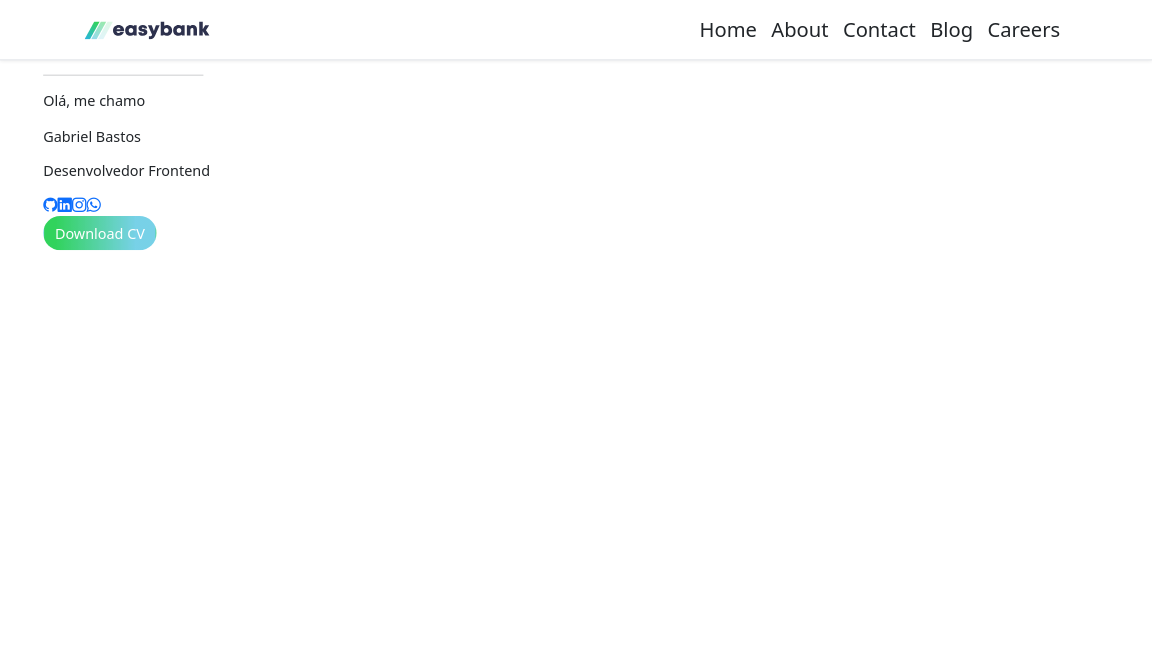
Repository: devbastos/easy-Bank
Page: / (app in frontend/)
These files come from the project's save history. The page is drawn as it stood at one moment and after the next save; the edit follows.
The browser window is 1280 px wide. The pictures show the whole page, at 90% of full size.
Some web libraries are served in a nearby version. The project was rebuilt for these pictures with package versions that can differ from the ones it lists, and the page was loaded fresh each time.

Above is the page before, as saved 2022-02-04 11:59:16.

### frontend/src/index.html
<!doctype html>
<html lang="en">
<head>
  <meta charset="utf-8">
  <title>Frontend</title>
  <base href="/">
  <meta name="viewport" content="width=device-width, initial-scale=1">
  <link rel="icon" type="image/x-icon" href="favicon.ico">
  <link rel="stylesheet" href="../node_modules/bootstrap/dist/css/bootstrap.css">
  <link rel="stylesheet" href="../node_modules/bootstrap-icons/font/bootstrap-icons.css">
  <!-- CSS only -->
<link href="https://cdn.jsdelivr.net/npm/bootstrap@5.1.3/dist/css/bootstrap.min.css" rel="stylesheet" integrity="sha384-1BmE4kWBq78iYhFldvKuhfTAU6auU8tT94WrHftjDbrCEXSU1oBoqyl2QvZ6jIW3" crossorigin="anonymous">
</head>
<body>
  <app-root></app-root>

  <script src="/node_modules/bootstrap/dist/js/bootstrap.bundle.js" crossorigin="anonymous"></script>
  <!-- JavaScript Bundle with Popper -->
<script src="https://cdn.jsdelivr.net/npm/bootstrap@5.1.3/dist/js/bootstrap.bundle.min.js" integrity="sha384-ka7Sk0Gln4gmtz2MlQnikT1wXgYsOg+OMhuP+IlRH9sENBO0LRn5q+8nbTov4+1p" crossorigin="anonymous"></script>
  <!-- JavaScript Bundle with Popper -->
<script src="https://cdn.jsdelivr.net/npm/bootstrap@5.1.3/dist/js/bootstrap.bundle.min.js" integrity="sha384-ka7Sk0Gln4gmtz2MlQnikT1wXgYsOg+OMhuP+IlRH9sENBO0LRn5q+8nbTov4+1p" crossorigin="anonymous"></script>
</body>
</html>

### frontend/src/app/app.module.ts
import { NgModule } from '@angular/core';
import { BrowserModule } from '@angular/platform-browser';

import { AppRoutingModule } from './app-routing.module';
import { AppComponent } from './app.component';
import { NavbarComponent } from './template/navbar/navbar.component';
import { BrowserAnimationsModule } from '@angular/platform-browser/animations';
import { HeaderComponent } from './template/header/header.component';

@NgModule({
  declarations: [
    AppComponent,
    NavbarComponent,
    HeaderComponent,

  ],
  imports: [
    BrowserModule,
    AppRoutingModule,
    BrowserAnimationsModule
  ],
  providers: [],
  bootstrap: [AppComponent]
})
export class AppModule { }

### frontend/src/app/app.component.ts
import { Component } from '@angular/core';

@Component({
  selector: 'app-root',
  templateUrl:'app.Component.html',
})
export class AppComponent {
  title = 'frontend';
}

### frontend/src/app/app.Component.html
<app-navbar></app-navbar>
<app-header></app-header>

### frontend/src/app/template/navbar/navbar.component.html


    <nav class="navbar navbar-expand-lg navbar-dark  border-bottom shadow-sm">
      <div class="container">
          <a class="navbar-brand" href=""><svg xmlns="http://www.w3.org/2000/svg" width="139" height="20"><defs><linearGradient id="a" x1="72.195%" x2="17.503%" y1="0%" y2="100%"><stop offset="0%" stop-color="#33D35E"/><stop offset="100%" stop-color="#2AB6D9"/></linearGradient></defs><g fill="none" fill-rule="evenodd"><path fill="#2D314D" fill-rule="nonzero" d="M37.754 15.847c2.852 0 5.152-1.622 5.952-4.216h-3.897c-.376.665-1.14 1.066-2.055 1.066-1.237 0-2.065-.674-2.32-1.978h8.44c.051-.352.081-.694.081-1.037 0-3.335-2.537-5.95-6.201-5.95-3.568 0-6.175 2.564-6.175 6.049 0 3.473 2.628 6.066 6.175 6.066zm2.344-7.297h-4.596c.317-1.129 1.11-1.749 2.252-1.749 1.181 0 2 .613 2.344 1.75zm10.946 7.296c1.32 0 2.5-.434 3.43-1.188l.336.804h3.027V4.093h-2.919l-.4.88c-.94-.775-2.135-1.222-3.474-1.222-3.476 0-5.961 2.505-5.961 6.026 0 3.533 2.485 6.07 5.961 6.07zm.524-3.467c-1.467 0-2.545-1.108-2.545-2.593 0-1.475 1.069-2.583 2.545-2.583 1.466 0 2.544 1.108 2.544 2.583 0 1.485-1.078 2.593-2.544 2.593zm13.123 3.467c3.02 0 5.025-1.554 5.025-3.93 0-2.883-2.387-3.256-4.183-3.575-1.08-.193-1.95-.344-1.95-.99 0-.527.422-.838 1.05-.838.71 0 1.197.337 1.197 1.063h3.667c-.044-2.303-1.92-3.843-4.816-3.843-2.912 0-4.854 1.47-4.854 3.75 0 2.757 2.337 3.289 4.1 3.574 1.092.181 1.952.368 1.952 1.024 0 .587-.543.88-1.116.88-.742 0-1.32-.383-1.32-1.214h-3.77c.036 2.463 1.919 4.1 5.018 4.1zm8.1 3.858c2.936 0 4.344-1.257 5.877-4.736l4.764-10.863h-4.206l-2.249 6.263-2.412-6.263H70.31l4.698 10.43c-.53 1.414-.983 1.804-2.48 1.804H71.45v3.365h1.341zm18.504-3.858c3.5 0 5.973-2.515 5.973-6.048S94.796 3.75 91.295 3.75a5.332 5.332 0 00-2.825.784V0H84.6v15.474h2.897l.37-.844c.923.771 2.102 1.216 3.428 1.216zm-.523-3.467c-1.467 0-2.545-1.108-2.545-2.58 0-1.486 1.078-2.594 2.545-2.594 1.466 0 2.544 1.108 2.544 2.593 0 1.473-1.087 2.58-2.544 2.58zm13.598 3.467c1.32 0 2.5-.434 3.43-1.188l.336.804h3.027V4.093h-2.918l-.401.88c-.939-.775-2.135-1.222-3.474-1.222-3.476 0-5.96 2.505-5.96 6.026 0 3.533 2.484 6.07 5.96 6.07zm.524-3.467c-1.467 0-2.545-1.108-2.545-2.593 0-1.475 1.07-2.583 2.545-2.583 1.467 0 2.545 1.108 2.545 2.583 0 1.485-1.078 2.593-2.545 2.593zm12.653 3.095V9.403c0-1.447.702-2.3 1.923-2.3.986 0 1.483.657 1.483 1.98v6.39h3.915V8.543c0-2.897-1.733-4.773-4.373-4.773-1.47 0-2.733.565-3.58 1.508l-.537-1.172h-2.747v11.369h3.916zm13.748 0v-4.808l2.848 4.808h4.616l-3.902-5.95 3.543-5.419h-4.397l-2.708 4.454V0h-3.916v15.474h3.916z"/><g fill="url(#a)"><path d="M10.802 0L0 19.704h5.986L16.789 0z"/><path opacity=".5" d="M18.171 0L7.368 19.704h5.986L24.157 0z"/><path opacity=".15" d="M25.539 0L14.737 19.704h5.986L31.525 0z"/></g></g></svg></a>
          <button class="navbar-toggler" type="button" data-bs-toggle="collapse" data-bs-target=".navbar-collapse">
            <svg xmlns="http://www.w3.org/2000/svg" width="30" height="30" fill="currentColor" class="bi bi-list" viewBox="0 0 16 16">
              <path fill-rule="evenodd" d="M2.5 12a.5.5 0 0 1 .5-.5h10a.5.5 0 0 1 0 1H3a.5.5 0 0 1-.5-.5zm0-4a.5.5 0 0 1 .5-.5h10a.5.5 0 0 1 0 1H3a.5.5 0 0 1-.5-.5zm0-4a.5.5 0 0 1 .5-.5h10a.5.5 0 0 1 0 1H3a.5.5 0 0 1-.5-.5z"/>
            </svg>
          </button>
          <div class="navbar-collapse collapse">
              <ul class="navbar-nav flex-grow-1 ">

              </ul>

              <div class="align-self-center">
                  <ul class="navbar-nav">
                    <li class="nav-item">
                      <a class="nav-link text-dark text-dark" aria-current="page" href="#">Home</a>
                    </li>
                    <li class="nav-item">
                      <a class="nav-link text-dark" href="#">About</a>
                    </li>
                    <li class="nav-item">
                      <a class="nav-link text-dark" href="#">Contact</a>
                    </li>
                    <li class="nav-item">
                      <a class="nav-link text-dark">Blog</a>
                    </li>
                    <li class="nav-item">
                        <a class="nav-link text-dark">Careers</a>
                      </li>
                  </ul>
              </div>

              <!-- <div class="align-self-end">
                <ul class="navbar-nav">
                  <li class="nav-item" id="btn">
                      <a class="nav-link" href="">Request Invite</a>
                  </li>
              </ul>
              </div> -->
          </div>
      </div>
  </nav>

### frontend/src/app/template/navbar/navbar.component.css
.navbar-toggler {
  color: black;
  margin-right: 1.5rem;
}

.nav-link {
  font-size: 1.4rem;
}

.nav-item :hover {
  text-decoration: overline 3px #31d35c9c;
  transform: scale(1, 1);
  transition: 0.3s ease;
}
/*
#btn {
  background: 50% rgb(45, 49, 77);
  background: 50%
    linear-gradient(
      90deg,
      rgba(45, 49, 77, 0.719) 24%,
      #31d35c9c 51%,
      rgba(43, 183, 218, 0.664) 100%
    );
  color: #fff;
  border-radius: 10rem;
  margin-left: 5rem;
} */

### frontend/src/app/template/header/header.component.html
<!-- <div class="container-fluid bg-light">
    <div class="container">


        <div class="row">
            <div class="col-xxl-4 xol-xl-4 col-md-6 col-sm-12 mt-5 textos">
                <h1>Next generation digital banKing</h1>

                <p>take your financial life online. Your Easybank account <br>
                    will be a one-stop-shop for spending.saving.<br>
                    budgeting.investing. and much more.
                </p>

                <button type="button" class="btn">Request Invite</button>
            </div>


                <img src="/assets/images/image-mockups.png" alt="">

        </div>
    </div>
</div> -->

<div class="col-xxl-4 col-xl-4 col-sm-12 col-md-12 col-12 ms-5">
    <!-- <img src="/assets/img/intro.png" class="img-fluid img_intro" alt="olá me chamo Gabriel Bastos Barbosa, Desenvolvedor frontend"> -->
    <hr class="col-5">

            <p> Olá, me chamo</p>
            <p> Gabriel Bastos</p>
            <p class="lh-sm"> Desenvolvedor Frontend</p>

        <a class="icon_github" href="https://github.com/devbastos"><i class="bi bi-github"></i></a>
        <a href="https://www.linkedin.com/in/gabriel-bastos-barbosa-2315b71b9/"><i class="bi bi-linkedin"></i></a>
        <a href="https://instagram.com/bastos_gabriel13?utm_medium=copy_link"><i class="bi bi-instagram"></i></a>
        <a href="https://api.whatsapp.com/send?phone=5511971868122&text=Ol%C3%A1%2CGabriel"><i class="bi bi-whatsapp"></i></a>

        <div class="col-5" >
           <a  id="sobre" href="https://drive.google.com/file/d/1gLL8huQNl-4CdMbztB3dzvig6tl36Kr9/view?usp=sharing" target="_blank"><button  type="button" class="btn">Download CV</button></a>
        </div>
    </div>

### frontend/src/app/template/header/header.component.css
img {
  max-width: 40rem;
  margin-top: 5rem;
  margin-left: 15rem;
  display: inline-block;
}

.btn {
  color: white;
  border-radius: 10rem;
  background: rgb(49, 211, 92);
  background: linear-gradient(
    90deg,
    rgba(49, 211, 92, 1) 10%,
    rgba(43, 183, 218, 0.6397030279503105) 82%
  );
}

Loaded but not shown: frontend/src/main.ts (common file); frontend/src/environments/environment.ts (common file); frontend/src/app/app-routing.module.ts (common file); frontend/src/app/template/navbar/navbar.component.ts (common file); frontend/src/app/template/header/header.component.ts (common file)

After the next save:
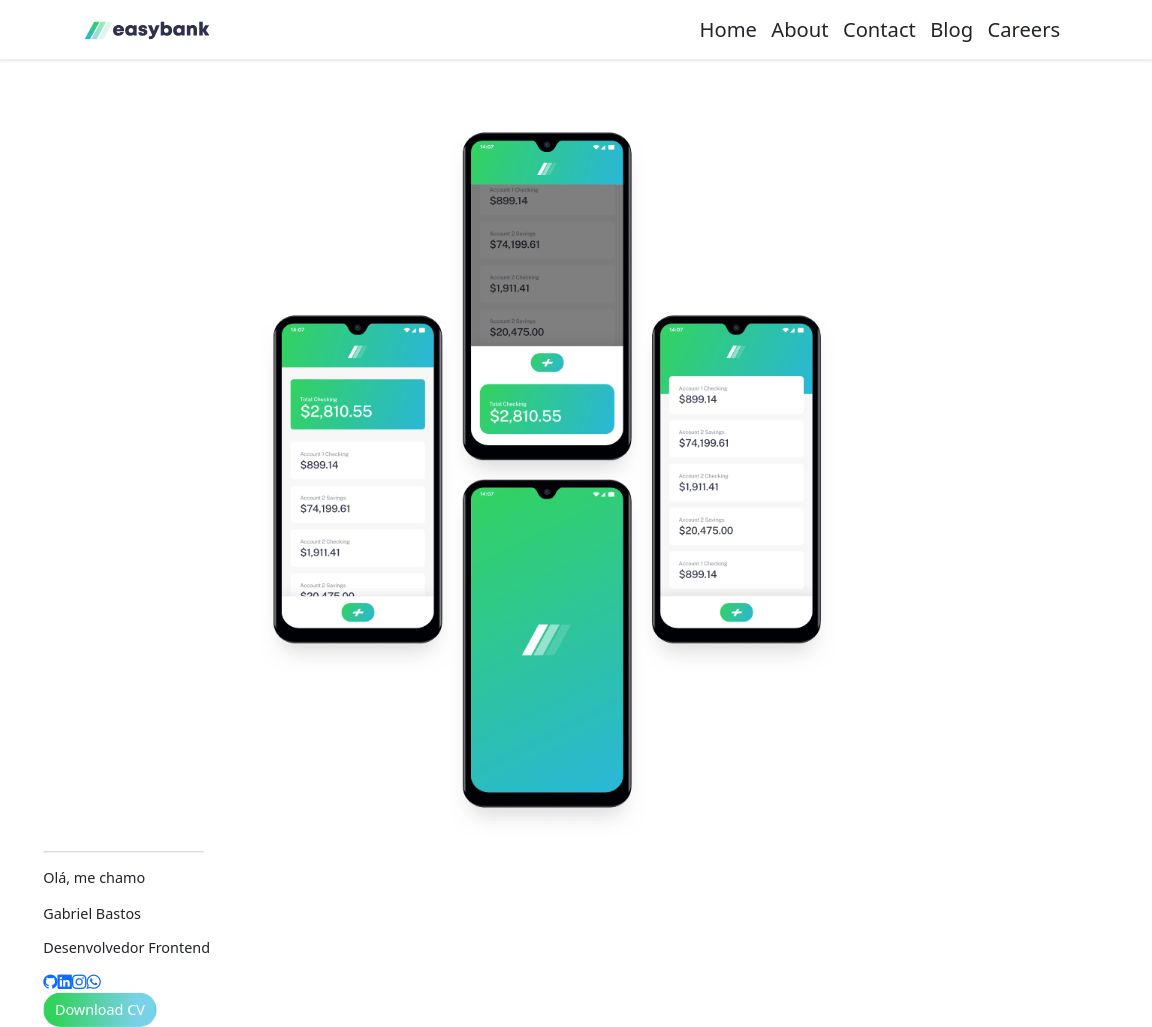
Saved 36 s later.
--- a/frontend/src/app/template/header/header.component.html
+++ b/frontend/src/app/template/header/header.component.html
@@ -22,7 +22,7 @@
 </div> -->
 
 <div class="col-xxl-4 col-xl-4 col-sm-12 col-md-12 col-12 ms-5">
-    <!-- <img src="/assets/img/intro.png" class="img-fluid img_intro" alt="olá me chamo Gabriel Bastos Barbosa, Desenvolvedor frontend"> -->
+    <img src="/assets/images/image-mockups.png" alt="">
     <hr class="col-5">
 
             <p> Olá, me chamo</p>
